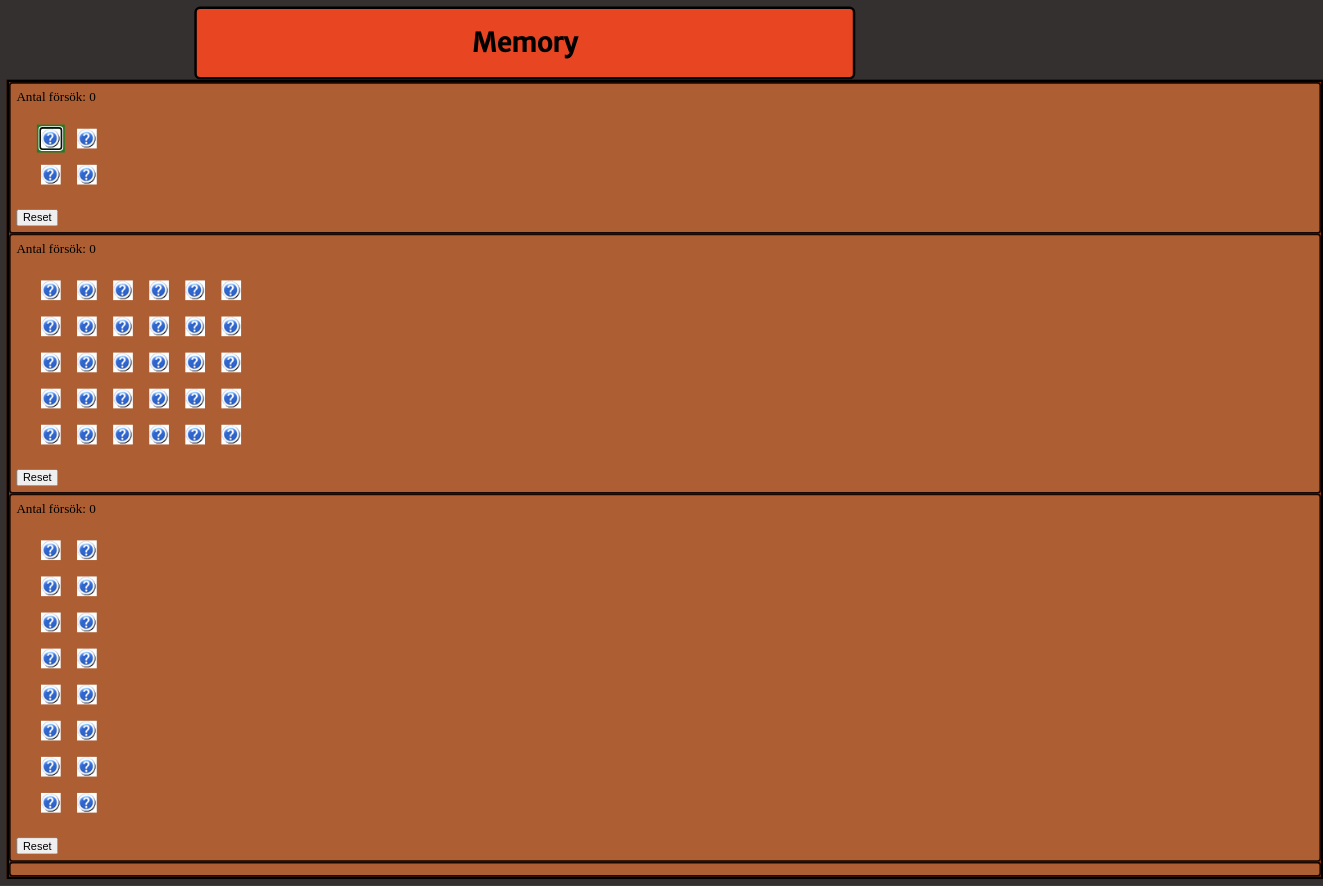
Repository: mi222eh/1dv403-laborationer
Page: 3-gameon/memory/index.html
The author's editor kept a record of every edit. The page is drawn from the files as they stood at one moment, then again after the next edit.
The browser window is 1280 px wide. The page is 1614 px wide, so the pictures cover 1614 px, including what lies to the right of the window. The pictures show the whole page, at 82% of full size.

Above is the page before.

After the next edit:
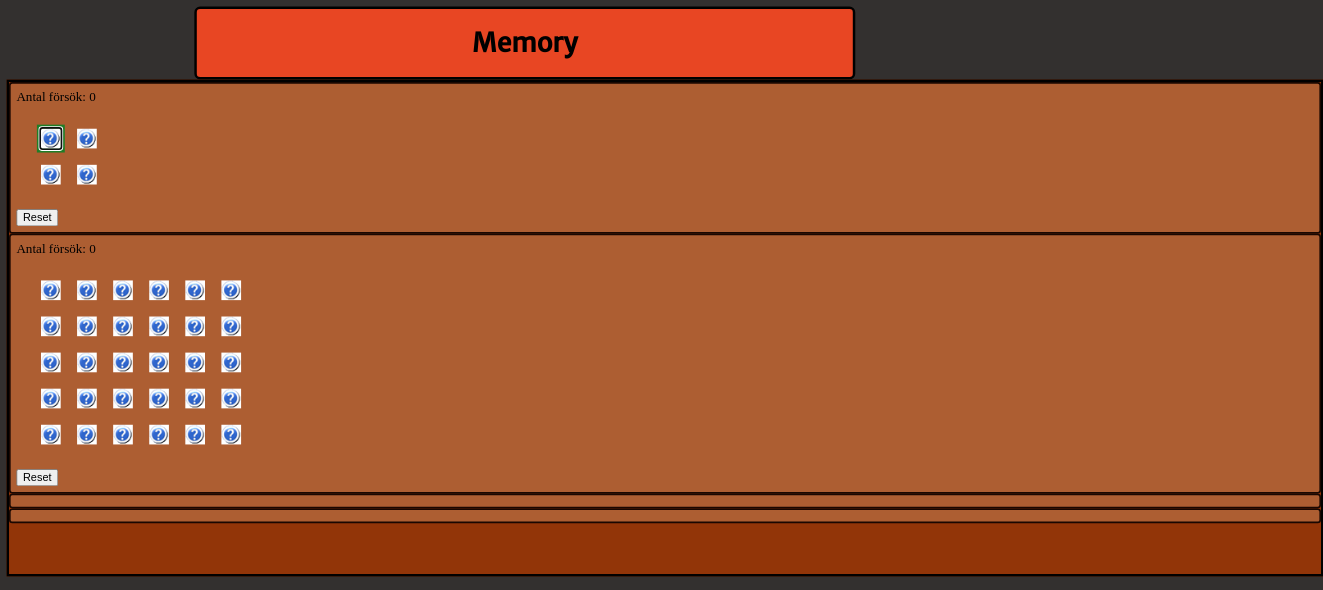
The edit:
--- a/3-gameon/memory/script/games.js
+++ b/3-gameon/memory/script/games.js
@@ -7,7 +7,6 @@
         var game3 = new MemoryGame(8, 2, "game3", 1);
         game1.generateGame();
         game2.generateGame();
-        game3.generateGame();
 
 
         game1.focus();
